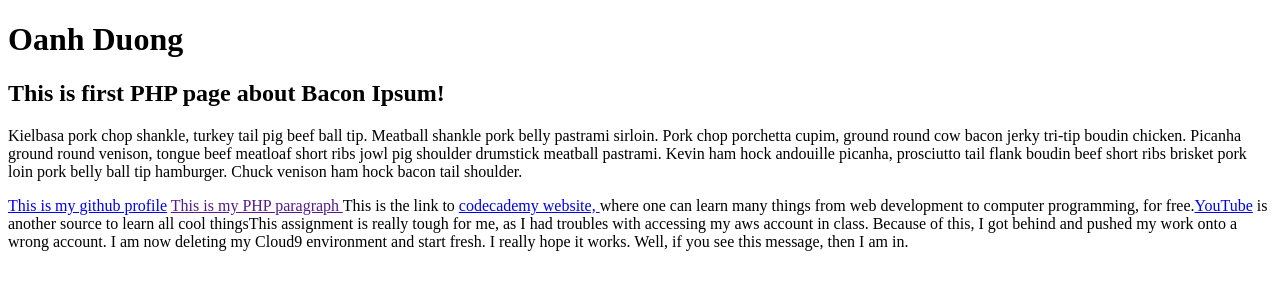
Repository: oduong1/COSW30
Page: http://localhost/labwork/lab1/lab1.php
The author's editor kept a record of every edit. The page is drawn from the files as they stood at one moment, then again after the next edit.
The browser window is 1280 px wide. The pictures show the whole page.
The page is run by PHP 8.4 with error messages shown; the project is at /var/www/html/.

Above is the page before.

### labwork/lab1/lab1.php
<!DOCTYPE html>
<html>

    <head>
        <meta charset="utf-8">

        <title>Labwork 1: Hello World</title>

    </head>
    <body>


        <h1>Oanh Duong</h1>
        <h2>This is first PHP page about Bacon Ipsum!</h2>


        <p>
            Kielbasa pork chop shankle, turkey tail pig beef ball tip. Meatball shankle pork belly pastrami sirloin.
            Pork chop porchetta cupim, ground round cow bacon jerky tri-tip boudin chicken.
            Picanha ground round venison, tongue beef meatloaf short ribs jowl pig shoulder drumstick meatball pastrami.
            Kevin ham hock andouille picanha, prosciutto tail flank boudin beef short ribs brisket pork loin pork belly ball tip hamburger.
            Chuck venison ham hock bacon tail shoulder.
        </p>

        <a href="https://github.com/oduong1/COSW30">This is my github profile</a>

        <?php
            echo '<a href=""> This is my PHP paragraph </a>';
            print 'This is the link to <a href="https://www.codecademy.com/">codecademy website,
            </a>where one can learn many things from web development to computer programming, for free.';
            print '<a href="https://www.youtube.com/">YouTube</a> is another source to learn all cool things';
            echo 'This assignment is really tough for me, as I had troubles with accessing my aws account in class.
            Because of this, I got behind and pushed my work onto a wrong account. I am now deleting my Cloud9
            environment and start fresh. I really hope it works. Well, if you see this message, then I am in.';
        ?>
 </body>
 </html>

After the next edit:
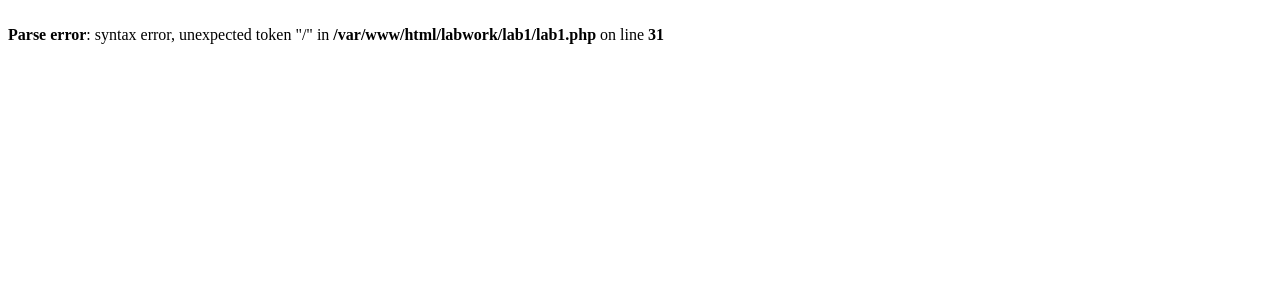
The edit:
--- a/labwork/lab1/lab1.php
+++ b/labwork/lab1/lab1.php
@@ -28,7 +28,7 @@
             echo '<a href=""> This is my PHP paragraph </a>';
             print 'This is the link to <a href="https://www.codecademy.com/">codecademy website,
             </a>where one can learn many things from web development to computer programming, for free.';
-            print '<a href="https://www.youtube.com/">YouTube</a> is another source to learn all cool things';
+            print '<p><a href="https://www.youtube.com/">YouTube</a> is another source to learn all cool things'</p>;
             echo 'This assignment is really tough for me, as I had troubles with accessing my aws account in class.
             Because of this, I got behind and pushed my work onto a wrong account. I am now deleting my Cloud9
             environment and start fresh. I really hope it works. Well, if you see this message, then I am in.';
